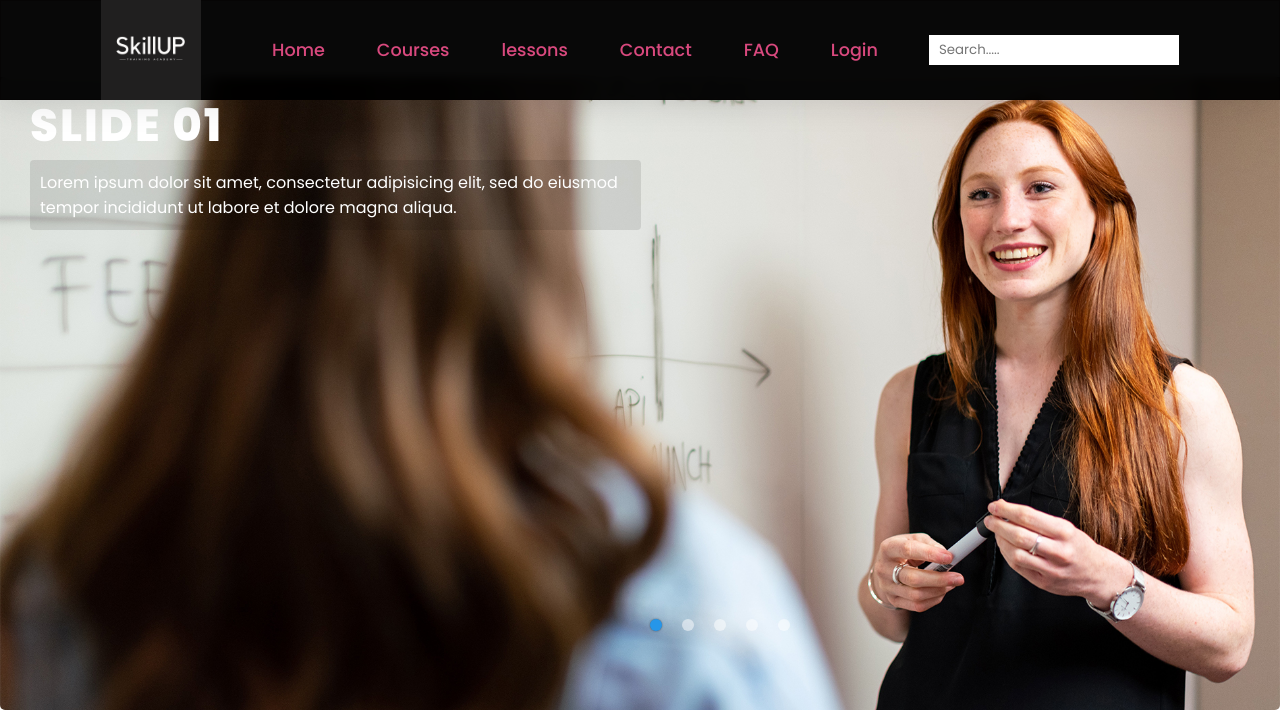
Repository: 2tzz/SkillUp-Academy
Page: home.html
The author's editor kept a copy of each file at every save. The page is drawn from the files as they stood at one save, then again after the next save.
The browser window is 1280 px wide. The pictures show the whole page.
Some web fonts or font styles are not loaded; a fallback is used.

Above is the page before, as saved 2022-10-22 16:04:24.

After the next save:
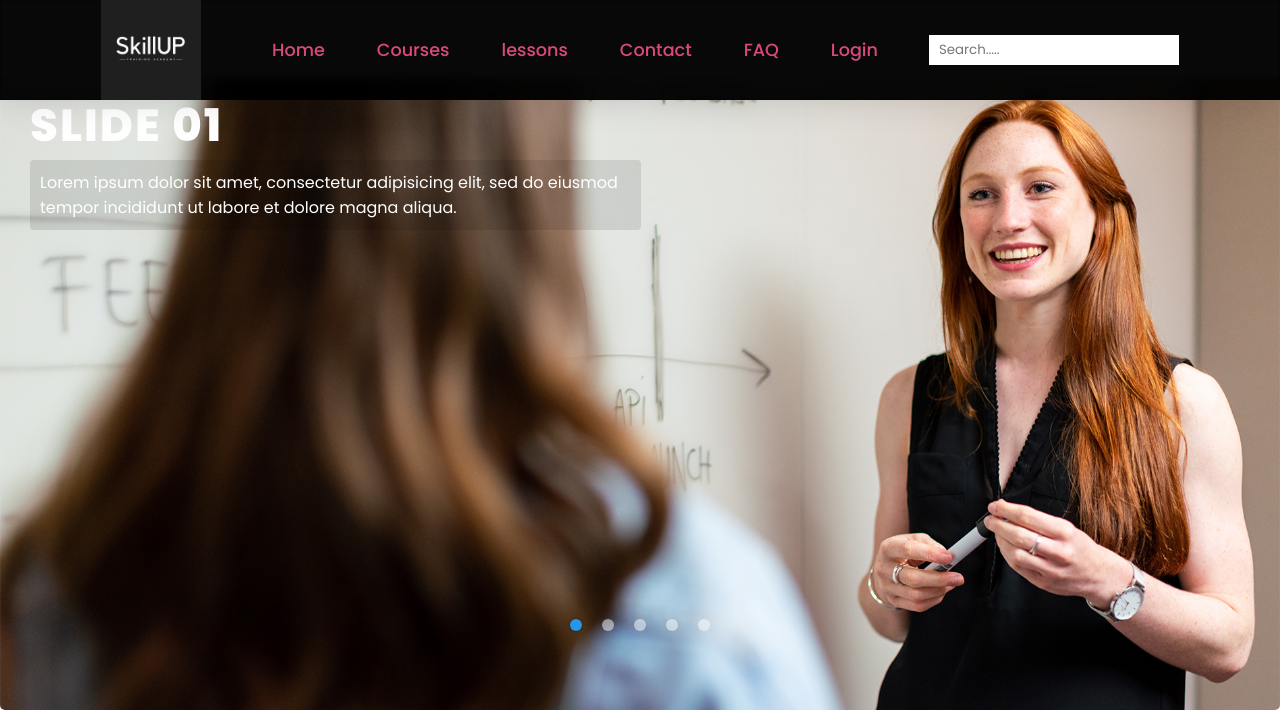
Saved 16 s later.
--- a/CSS/home.css
+++ b/CSS/home.css
@@ -232,7 +232,7 @@ header search_bar{
   display: flex;
   bottom: 2px;
   left: 50%;
-  transform: translateX(0%);
+  transform: translateX(-50%);
 }
 
 .img-slider .navigation .btn{
